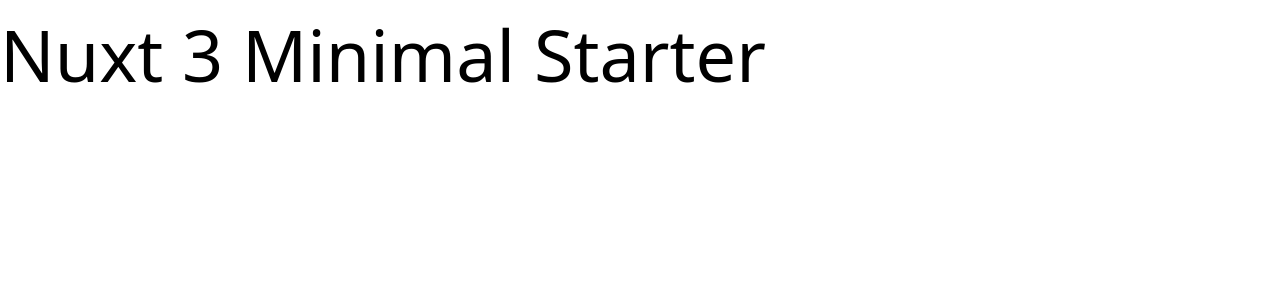
Repository: Freezler/nuxt
Page: /
These files come from the project's save history. The page is drawn as it stood at one moment and after a run of saves; the edit follows.
The browser window is 1280 px wide. The pictures show the whole page.
The project was rebuilt for these pictures with package versions that can differ from the ones it lists, and the page was loaded fresh each time. The framework's server and built-in components were replaced by stand-ins that run in the browser. Also part of the build but not shown: nuxt.config.ts.

Above is the page before, as saved 2024-08-02 20:59:43.

After the next 7 saves:
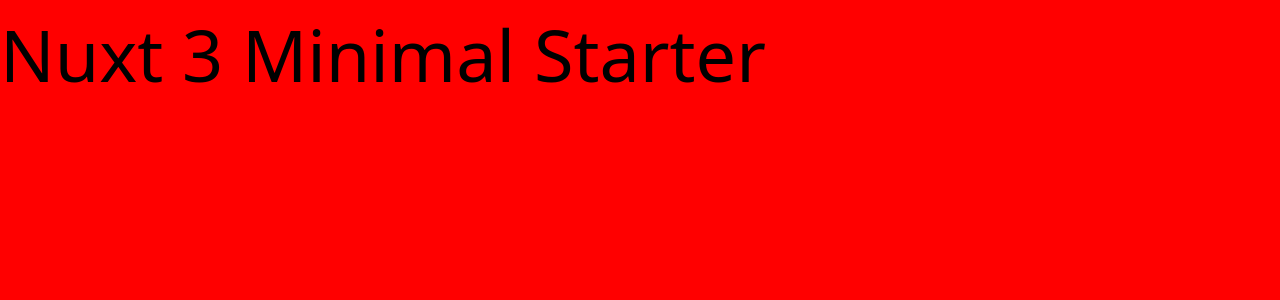
The 7 saves are shown as one change because they came seconds apart.
The last was saved 20 s later.
--- a/assets/css/main.css
+++ b/assets/css/main.css
@@ -3,5 +3,5 @@
 @tailwind utilities;
 
 * {
-	@apply m-0 p-0;
+	background: red;
 }

After the 2 saves that followed:
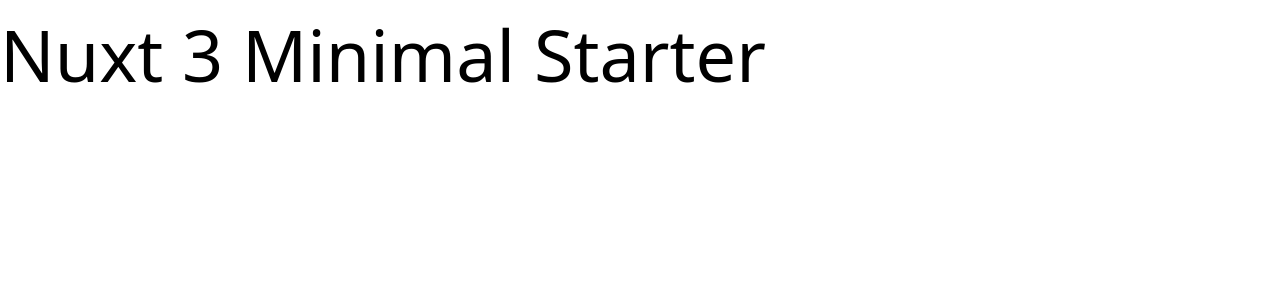
The 2 saves are shown as one change because they came seconds apart.
The last was saved 6 s later.
--- a/assets/css/main.css
+++ b/assets/css/main.css
@@ -3,5 +3,5 @@
 @tailwind utilities;
 
 * {
-	background: red;
+	background: linear-gradient();
 }
